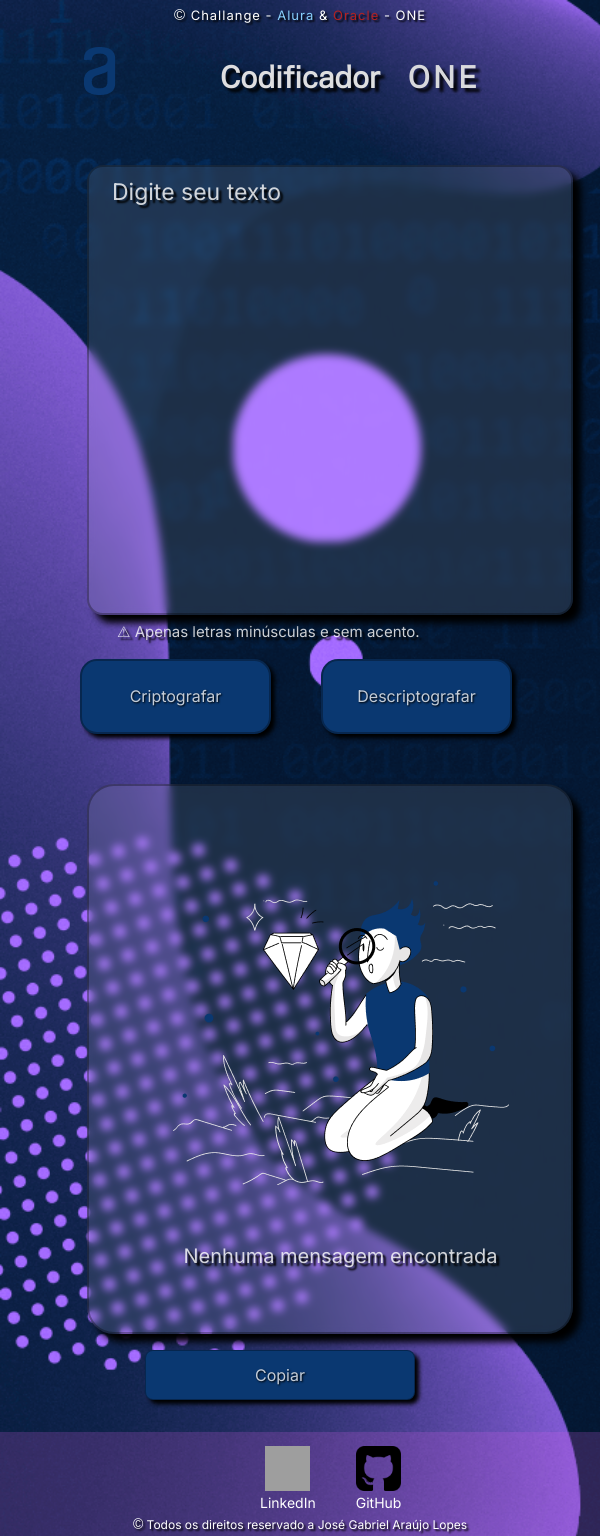
Repository: GabbrielLopes/Decodificador-ONE-Challange-Alura
Page: index.html
An editor plug-in stored every save of this project. The page is shown before and after the next save, followed by the edit.
The browser window is 600 px wide. The pictures show the whole page.
Pictures or frames that could not be fetched are drawn as grey boxes.

Above is the page before, as saved 2022-05-11 22:55:47.

After the next save:
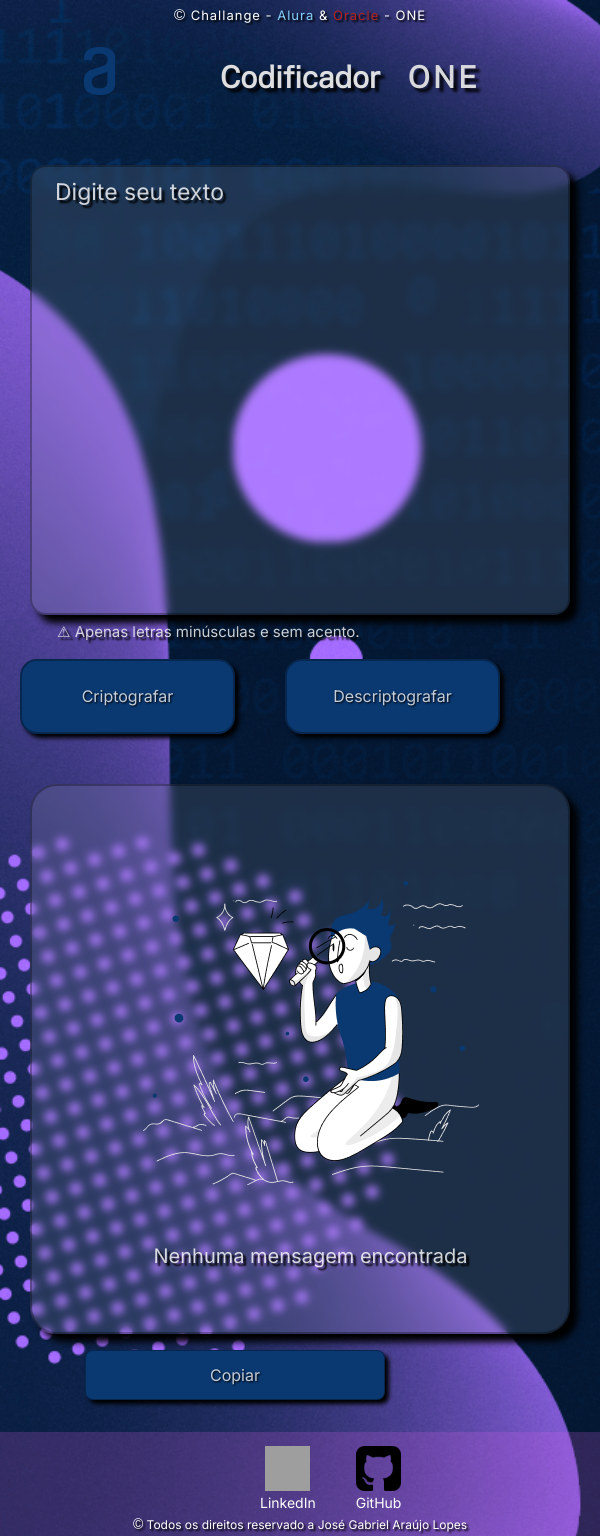
Saved 25 s later.
--- a/css/media.css
+++ b/css/media.css
@@ -8,7 +8,7 @@
     .main {
         display: flex;
         flex-direction: column;
-        margin-left: 10%;
+        margin: 0;
     }
 
     .campo-texto, .mensagem textarea {
